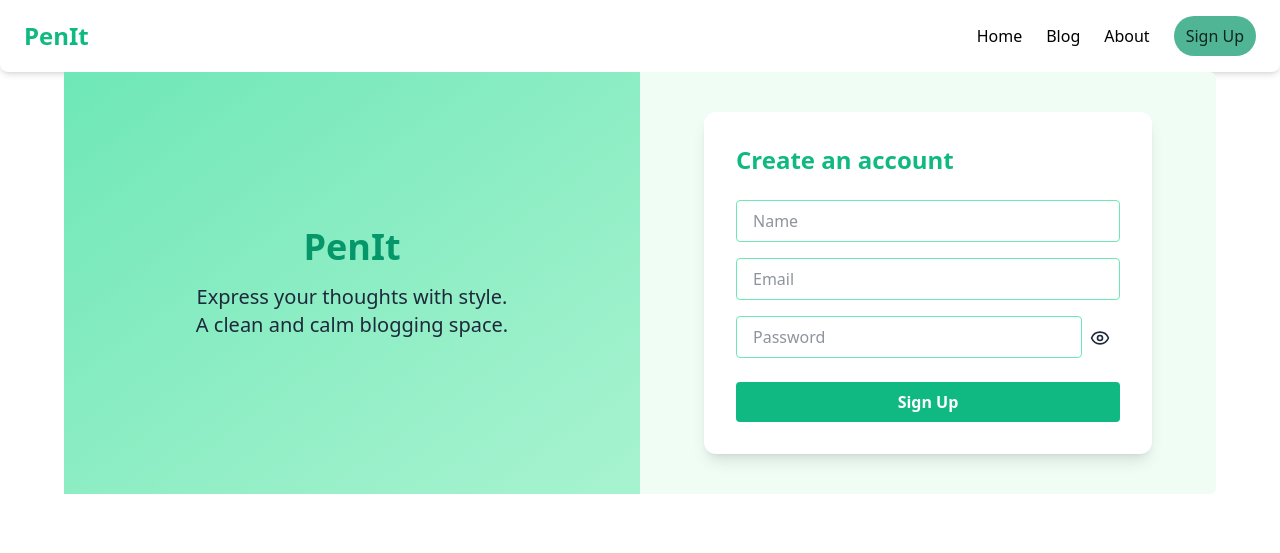
Repository: Mounika-chukkala/PenIt
Page: /signup (app in frontend/)
These files come from the project's save history. The page is drawn as it stood at one moment and after the next save; the edit follows.
The browser window is 1280 px wide. The pictures show the whole page.
The project was rebuilt for these pictures with package versions that can differ from the ones it lists, and the page was loaded fresh each time. Also part of the build but not shown: frontend/vite.config.js, frontend/src/Pages/Login.jsx, frontend/src/components/CreateBlog.jsx.

Above is the page before, as saved 2025-05-20 17:32:13.

After the next save:
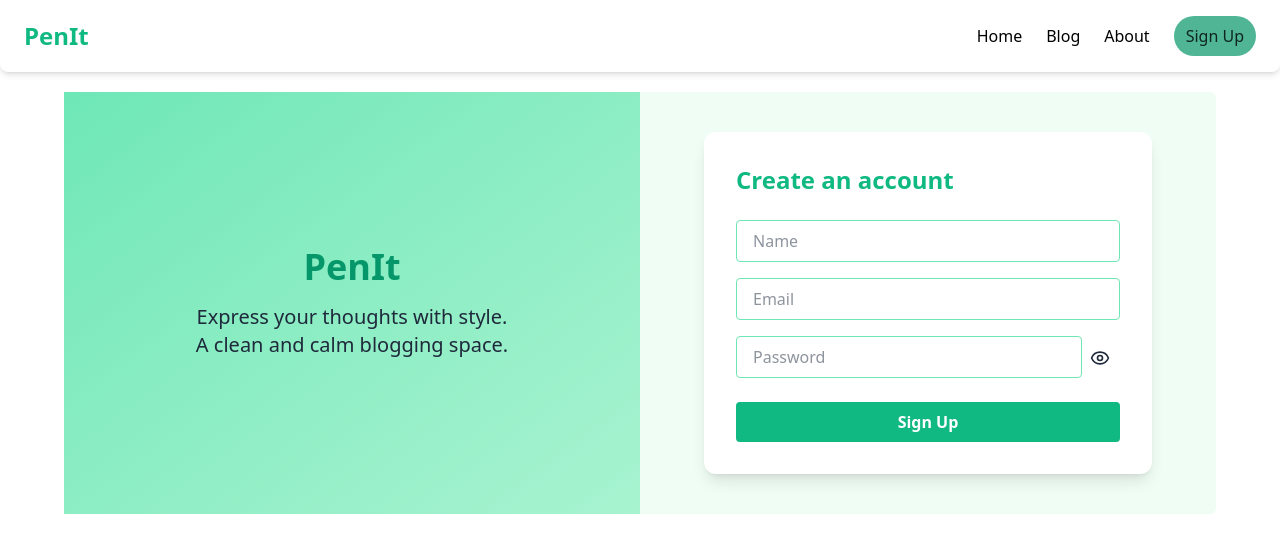
Saved 8 s later.
--- a/frontend/src/Pages/Signup.jsx
+++ b/frontend/src/Pages/Signup.jsx
@@ -27,7 +27,7 @@ const [isVisible,setVisible]=useState(false)
   }
 
   return (
-        <div className="max-h-screen max-w-[90%] rounded-md m-auto flex bg-[#F0FDF4] text-[#1E293B]">
+        <div className="max-h-screen max-w-[90%] rounded-md m-auto mt-5 flex bg-[#F0FDF4] text-[#1E293B]">
       {/* Left side visual placeholder */}
       <div className="w-1/2 flex flex-col justify-center items-center p-10 bg-gradient-to-br from-[#6EE7B7] to-[#A7F3D0]">
         <h1 className="text-4xl font-bold text-[#059669] mb-4">PenIt</h1>
